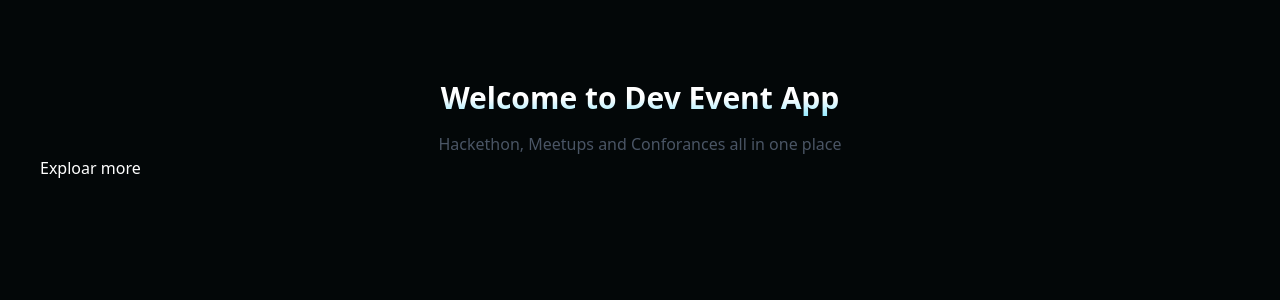
Repository: harshhariyani404/dev-events
Page: /
An editor plug-in stored every save of this project. The page is shown before and after the next save, followed by the edit.
The browser window is 1280 px wide. The pictures show the whole page.
The project was rebuilt for these pictures with package versions that can differ from the ones it lists, and the page was loaded fresh each time. The framework's server and built-in components were replaced by stand-ins that run in the browser. Also part of the build but not shown: next.config.ts.

Above is the page before, as saved 2026-02-06 14:27:52.

After the next save:
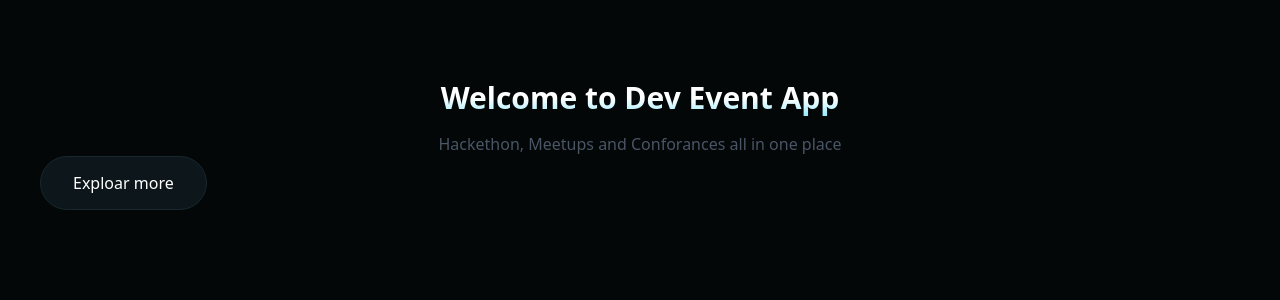
Saved 54 s later.
--- a/app/components/Exploarbtn.tsx
+++ b/app/components/Exploarbtn.tsx
@@ -2,7 +2,7 @@
 const Exploarbtn = () => {
   return (
     <div>
-      <button className="center" onClick={()=>console.log('hello world')}>Exploar more</button>
+      <button type="button" id="explore-btn"  onClick={()=>console.log('hello world')}>Exploar more</button>
     </div>
   );
 }
